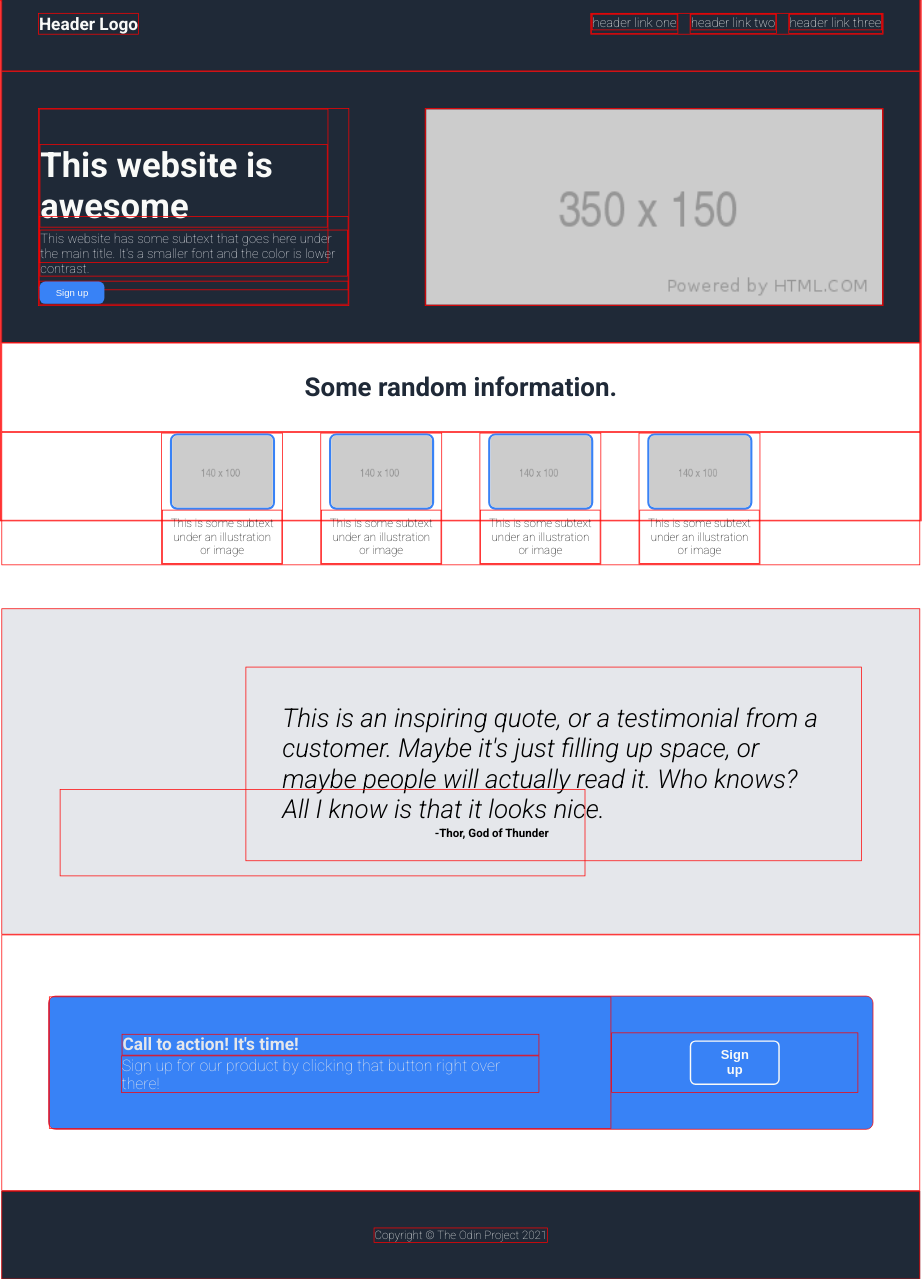
Repository: weazzyefff/The-Landing-Page
Page: index.html
An editor plug-in stored every save of this project. The page is shown before and after the next save, followed by the edit.
The browser window is 1280 px wide. The pictures show the whole page, at 72% of full size.

Above is the page before, as saved 2022-11-01 16:47:52.
Not found: index.js

After the next save:
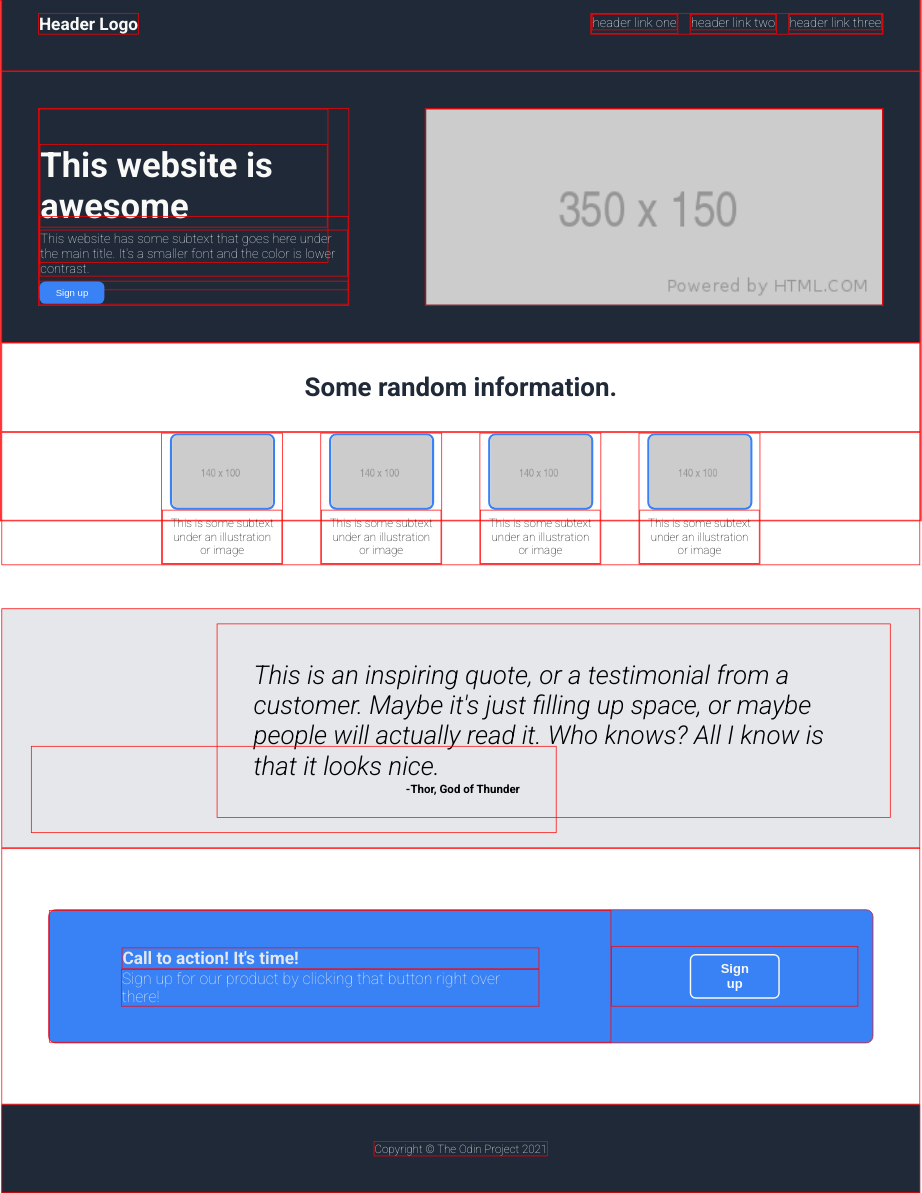
Saved 2 h 45 min later.
--- a/css/styles.css
+++ b/css/styles.css
@@ -150,11 +150,9 @@ ul {
 .quote-container {
     display: flex;
     flex-direction: column;
-
     justify-content: center;
     background-color: #E5E7EB;
-    padding: 80px;
-
+    padding: 20px 40px;
 }
 
 .quote {
